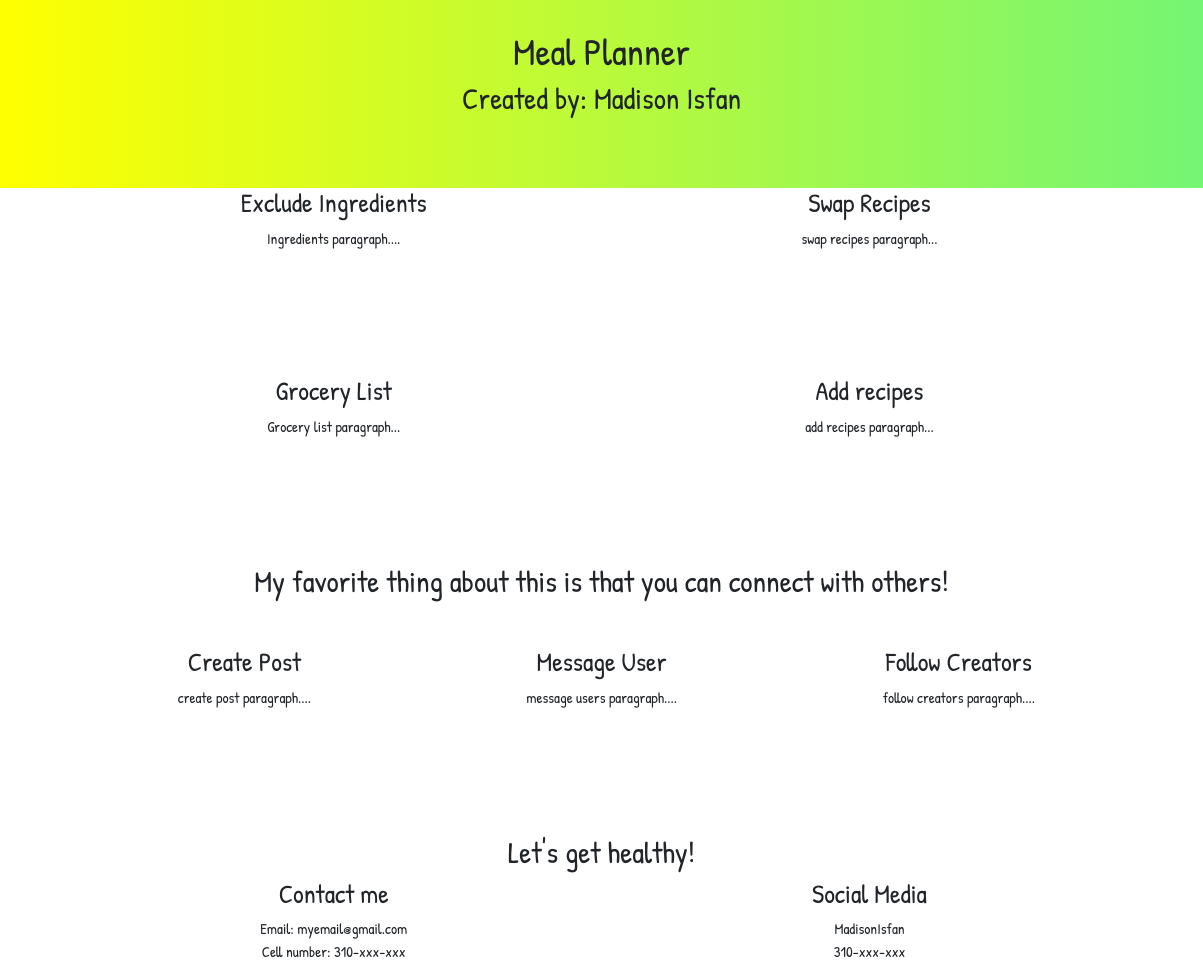
Repository: madisonisfan/Meal-Planner
Page: index.html
An editor plug-in stored every save of this project. The page is shown before and after the next save, followed by the edit.
The browser window is 1280 px wide. The pictures show the whole page, at 94% of full size.
Some web libraries are served in a nearby version.

Above is the page before, as saved 2021-02-17 17:32:13.

After the next save:
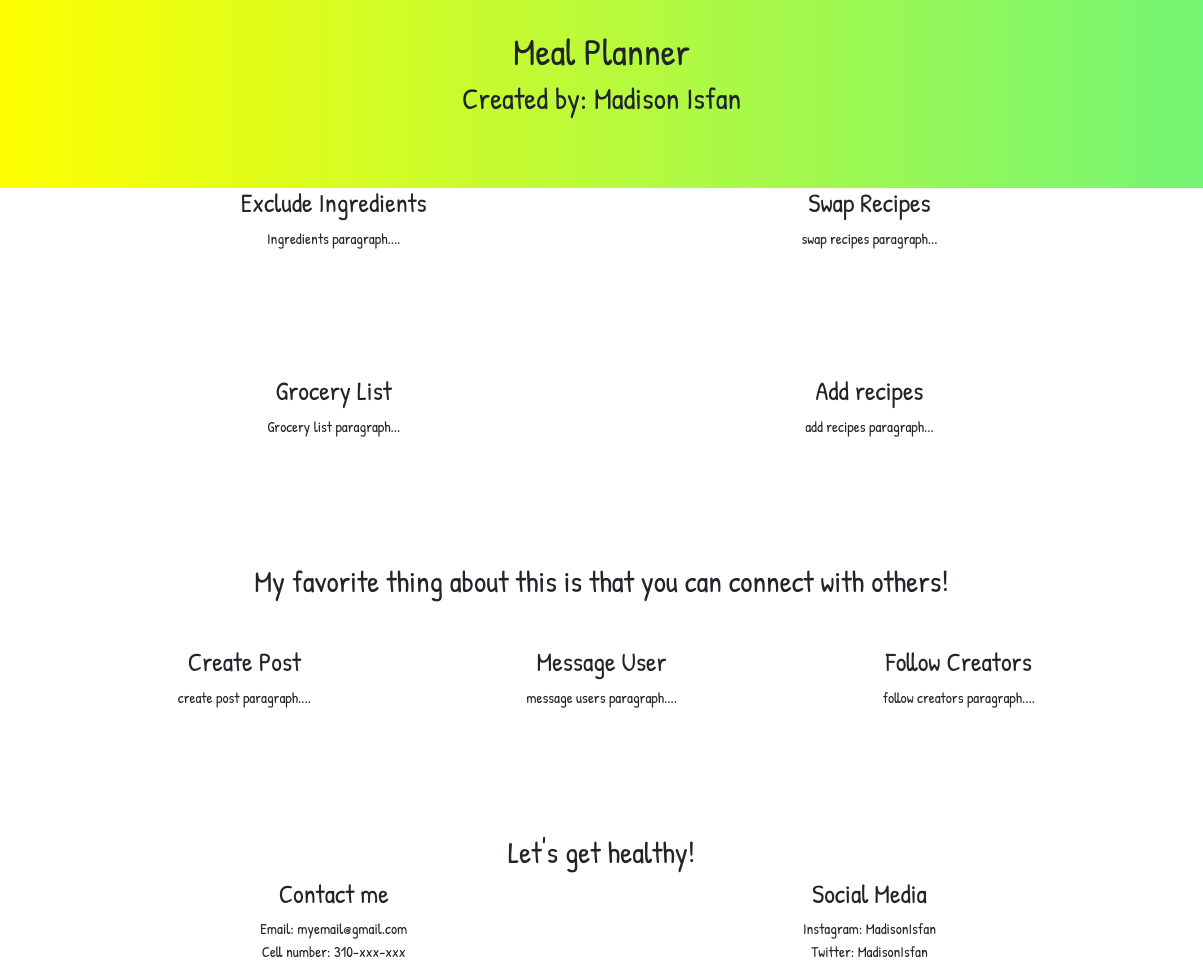
Saved 26 s later.
--- a/index.html
+++ b/index.html
@@ -95,8 +95,8 @@
                 <div class="col-12 text-center col-md">
                     <h3 >Social Media</h3>
                     <ul class="list-unstyled">
-                        <li>MadisonIsfan</li>
-                        <li>310-xxx-xxx</li>
+                        <li>Instagram: MadisonIsfan</li>
+                        <li>Twitter: MadisonIsfan</li>
                     </ul>
 
                 </div>
